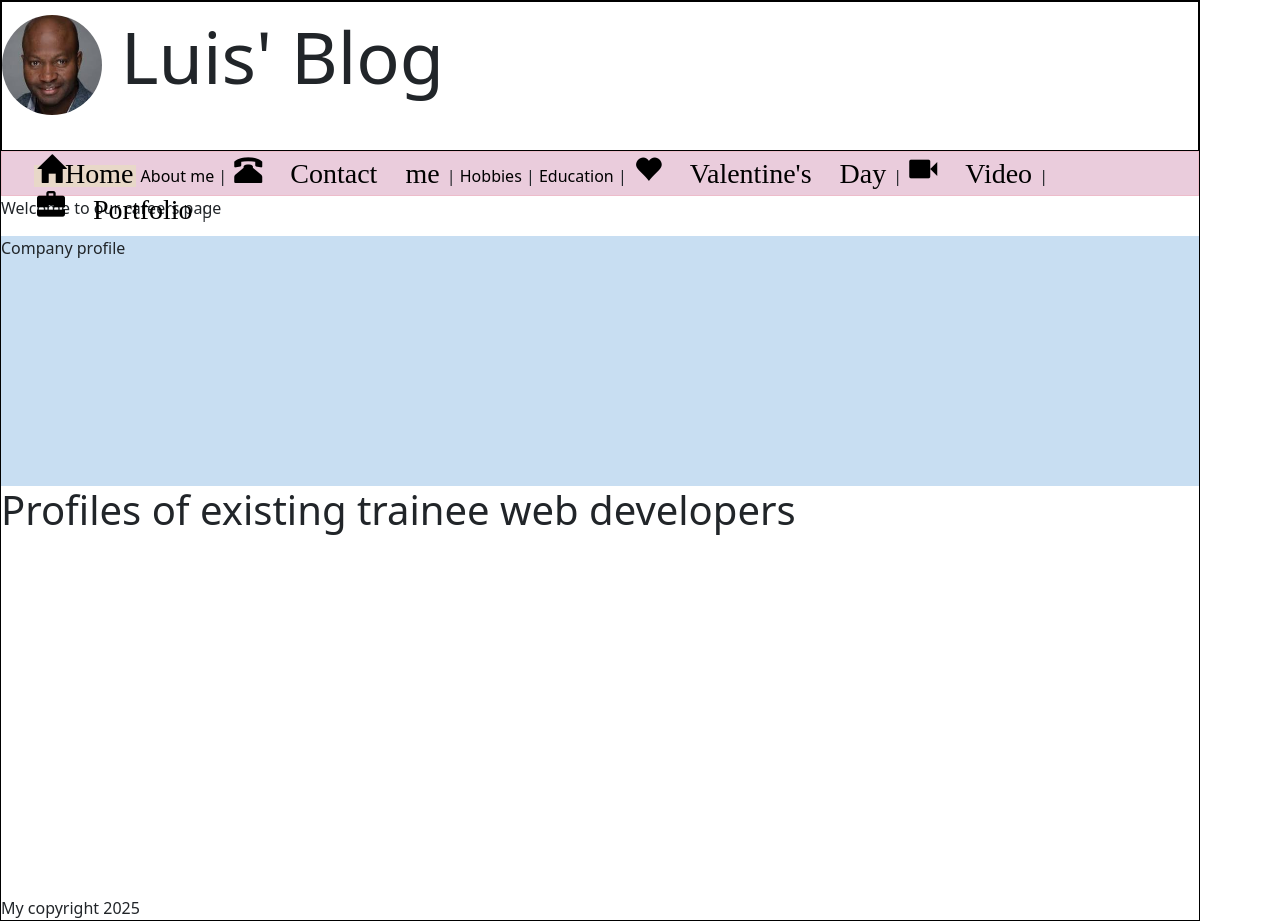
Repository: Apex-03/Apex-03.github.io
Page: careers.html
These files come from the project's save history. The page is drawn as it stood at one moment and after the next save; the edit follows.
The browser window is 1280 px wide. The pictures show the whole page.

Above is the page before, as saved 2025-05-02 14:02:54.

After the next save:
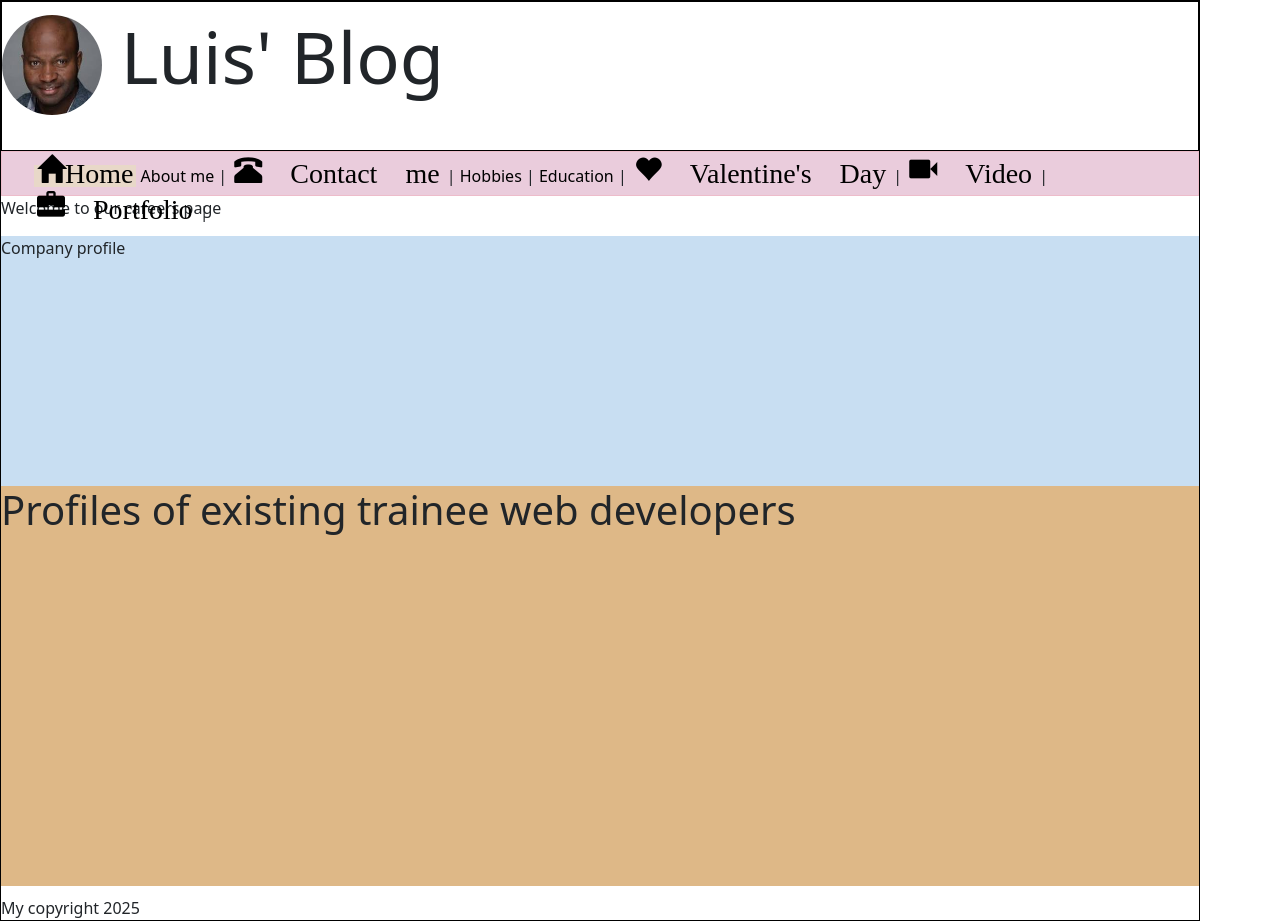
Saved 89 s later.
--- a/mycss/myblog.css
+++ b/mycss/myblog.css
@@ -105,3 +105,9 @@ border: 1px solid #000;
     height: 250px;
     background-color: #c8def2;
 }
+
+.current_trainees {
+    width: 100%;
+    height: 400px;
+    background-color:burlywood;
+}
